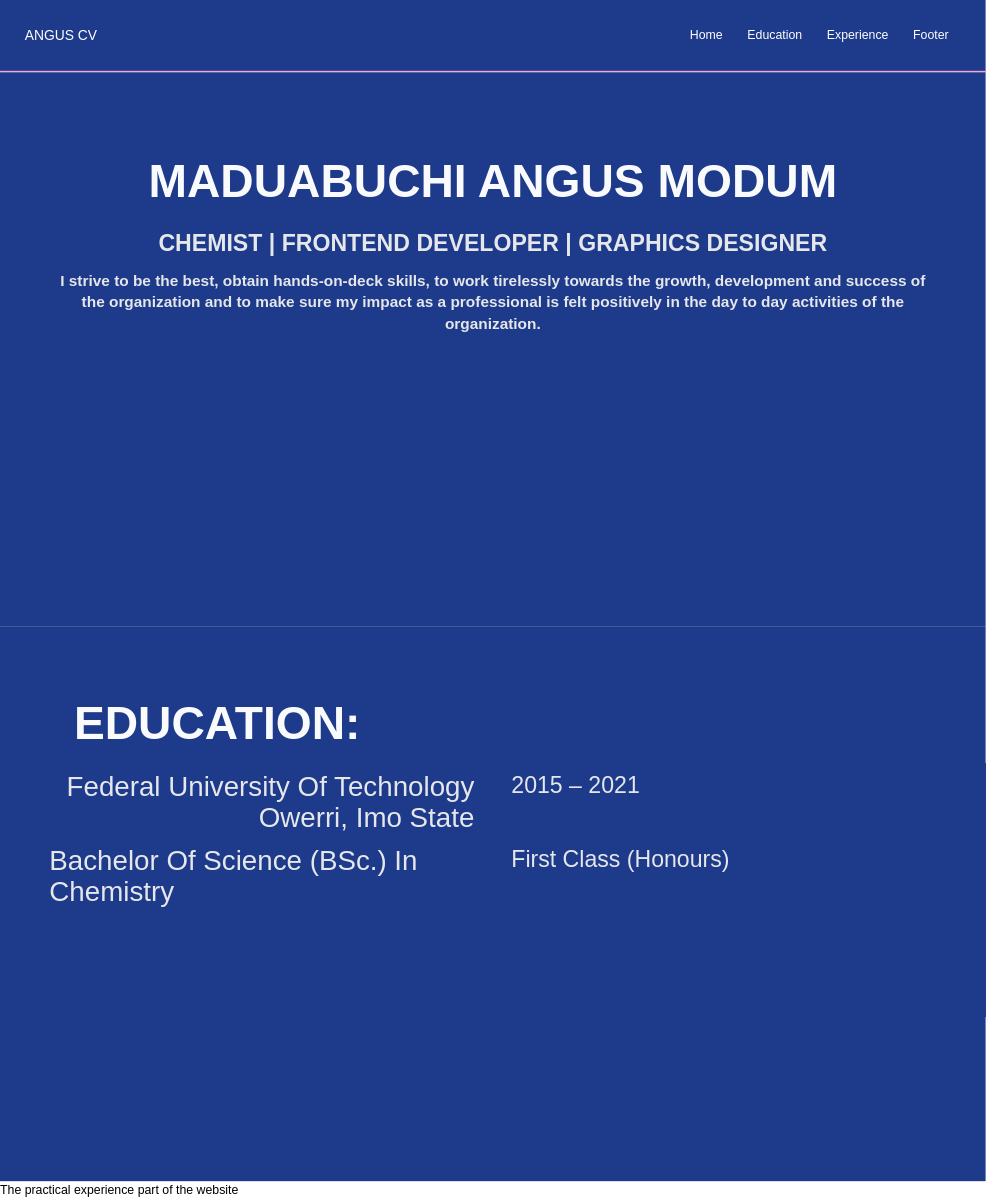
Repository: AngusOnyebuchi/AngusOnyebuchi.github.io
Page: /
These files come from the project's save history. The page is drawn as it stood at one moment and after the next save; the edit follows.
The browser window is 1280 px wide. The pictures show the whole page, at 77% of full size.
The project was rebuilt for these pictures with package versions that can differ from the ones it lists, and the page was loaded fresh each time.

Above is the page before, as saved 2022-04-17 19:39:36.

After the next save:
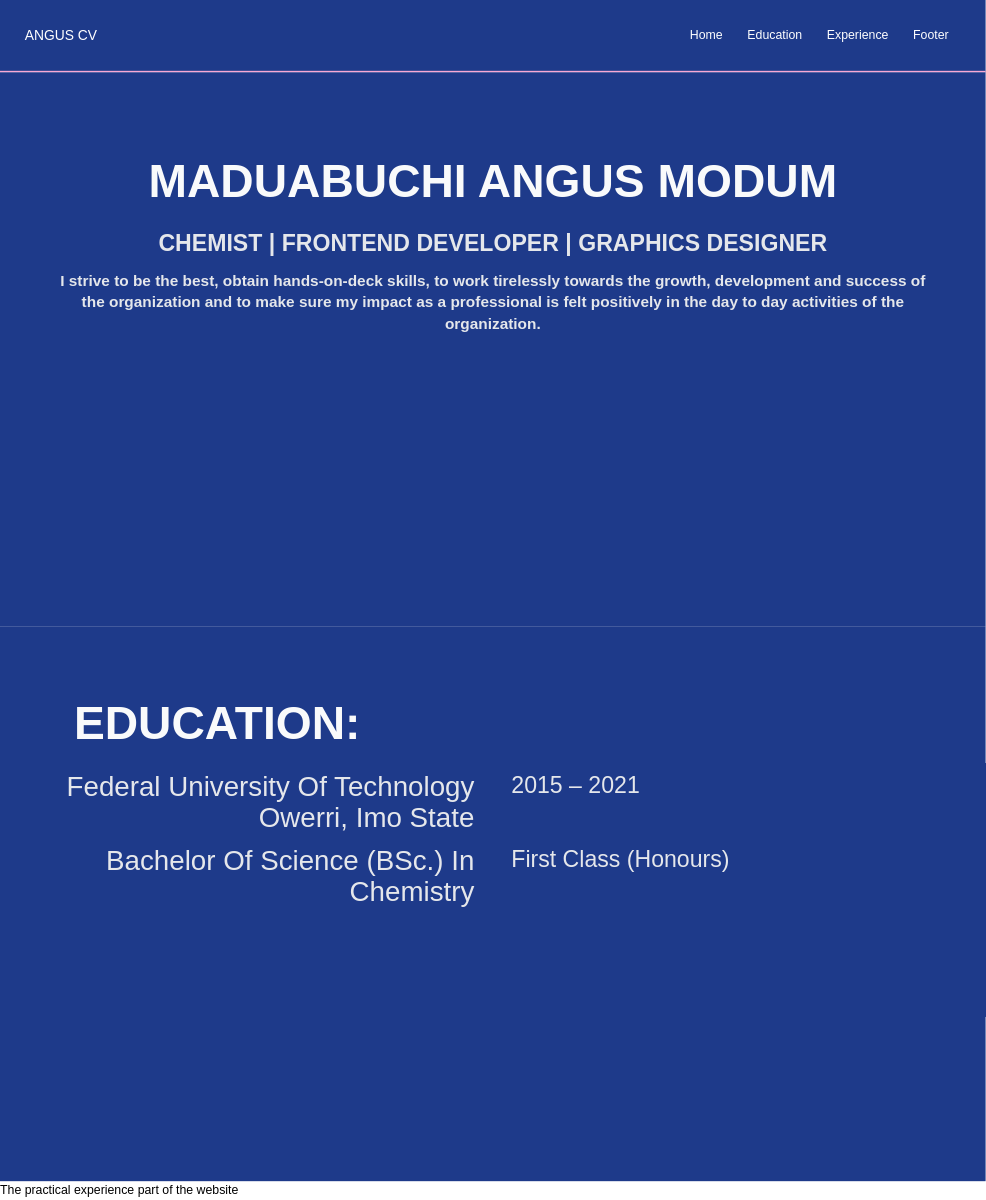
Saved 35 s later.
--- a/src/components/Education.js
+++ b/src/components/Education.js
@@ -9,7 +9,7 @@ export default function Education() {
                 <h4 className="text-lg md:text-3xl ">2015 – 2021</h4>
             </div>
             <div className="grid grid-cols-2 gap-12 mx-16 pt-4">
-                <h3 className="capitalize text-xl md:text-4xl ">Bachelor of Science (BSc.) in Chemistry</h3>
+                <h3 className="capitalize text-xl md:text-4xl text-right">Bachelor of Science (BSc.) in Chemistry</h3>
                 <h4 className="text-lg md:text-3xl ">First Class (Honours)</h4>
             </div>
         </div>
